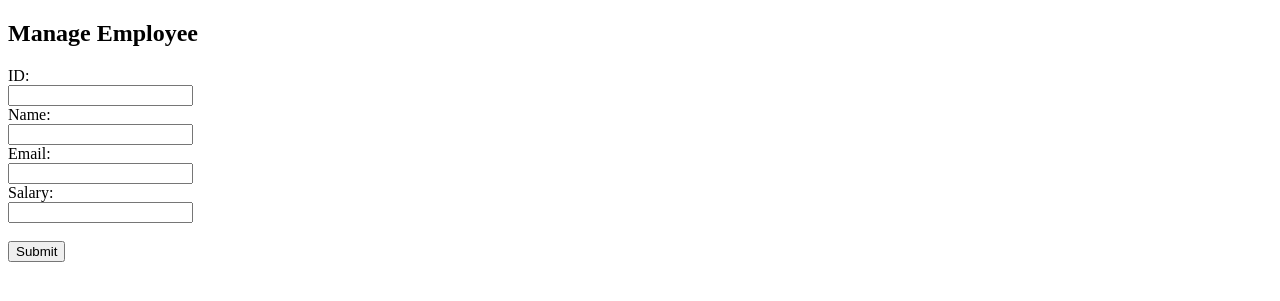
Repository: pradeep9689/monoceptAssignment
Page: http://localhost/09-student-mvc-db/addStudent.jsp
The author's editor kept a copy of each file at every save. The page is drawn from the files as they stood at one save, then again after the next save.
The browser window is 1280 px wide. The pictures show the whole page.
The page is served by Tomcat 9.

Above is the page before, as saved 2024-07-17 07:21:22.

After the next save:
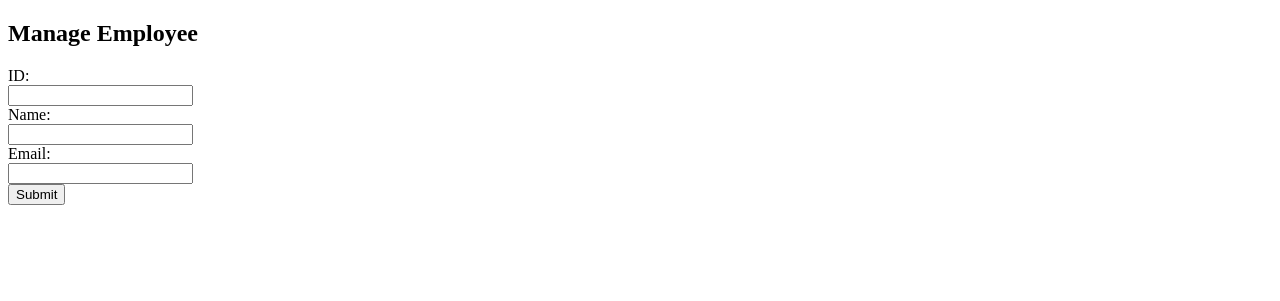
Saved 13 s later.
--- a/09-student-mvc-db/WebContent/addStudent.jsp
+++ b/09-student-mvc-db/WebContent/addStudent.jsp
@@ -18,9 +18,7 @@
         <input type="text" id="student_name" name="student_name"><br>
         <label for="mail">Email:</label><br>
         <input type="text" id="student_mail" name="student_mail"><br>
-        <label for="salary">Salary:</label><br>
-        <input type="text" id="salary" name="salary"><br><br>
-        <input type="hidden" id="action" name="action" value="add">
+
         <input type="submit" class="btn btn-secondary"  >
     </form>
     </div>
